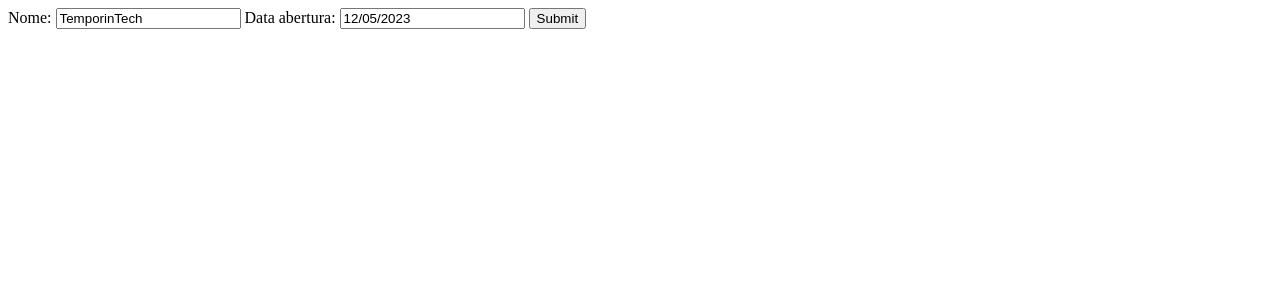
Repository: CauaneTemporin/API_CRUD_JAVA_Servlet_JSP
Page: http://localhost/gerenciador/mostrarFornecedor?id=1
The author's editor kept a copy of each file at every save. The page is drawn from the files as they stood at one save, then again after the next save.
The browser window is 1280 px wide. The pictures show the whole page.
The page is served by Tomcat 9.

Above is the page before, as saved 2023-05-15 14:06:54.

After the next save:
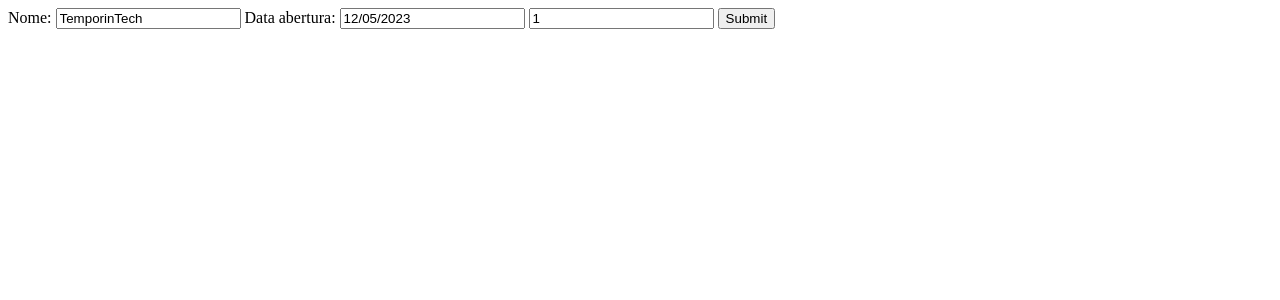
Saved 62 s later.
--- a/gerenciador/src/main/webapp/formAlterarEmpresa.jsp
+++ b/gerenciador/src/main/webapp/formAlterarEmpresa.jsp
@@ -16,6 +16,7 @@
 			Nome: <input type="text" name="nome" value ="${ fornecedor.nome_fornecedor }"/>
 			Data abertura: <input type="text" name="data" value="<fmt:formatDate value="${fornecedor.dataAbertura}" pattern="dd/MM/yyyy"/>"/>
 
+			<input type="text" name="nome" value ="${ fornecedor.id }" />
 			<input type="submit" />
 		</form>
 	</body>
